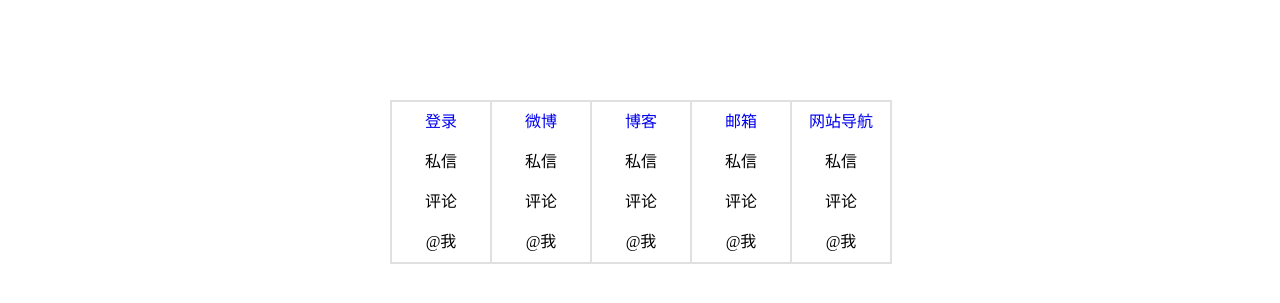
Repository: Sky0258/study
Page: js/新浪下拉框.html
These files come from the project's save history. The page is drawn as it stood at one moment and after the next save; the edit follows.
The browser window is 1280 px wide. The pictures show the whole page.

Above is the page before, as saved 2022-09-11 16:18:49.

After the next save:
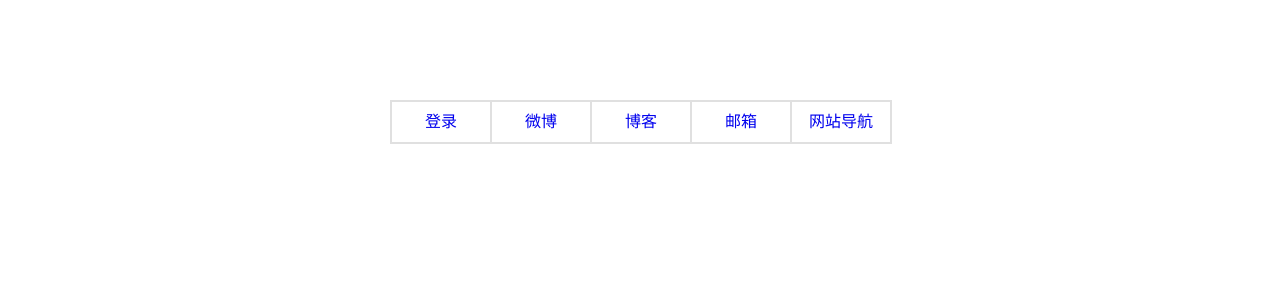
Saved 50 s later.
--- a/js/新浪下拉框.html
+++ b/js/新浪下拉框.html
@@ -34,10 +34,13 @@
         line-height: 40px;
         border: 1px solid #e0e0e0;
     }
+    .list ul {
+        display: none;
+    }
 </style>
 <body>
     <div class="tab">
-        <ul>
+        <ul class="list">
             <li>
                 <a href="#">登录</a>
                 <ul>
